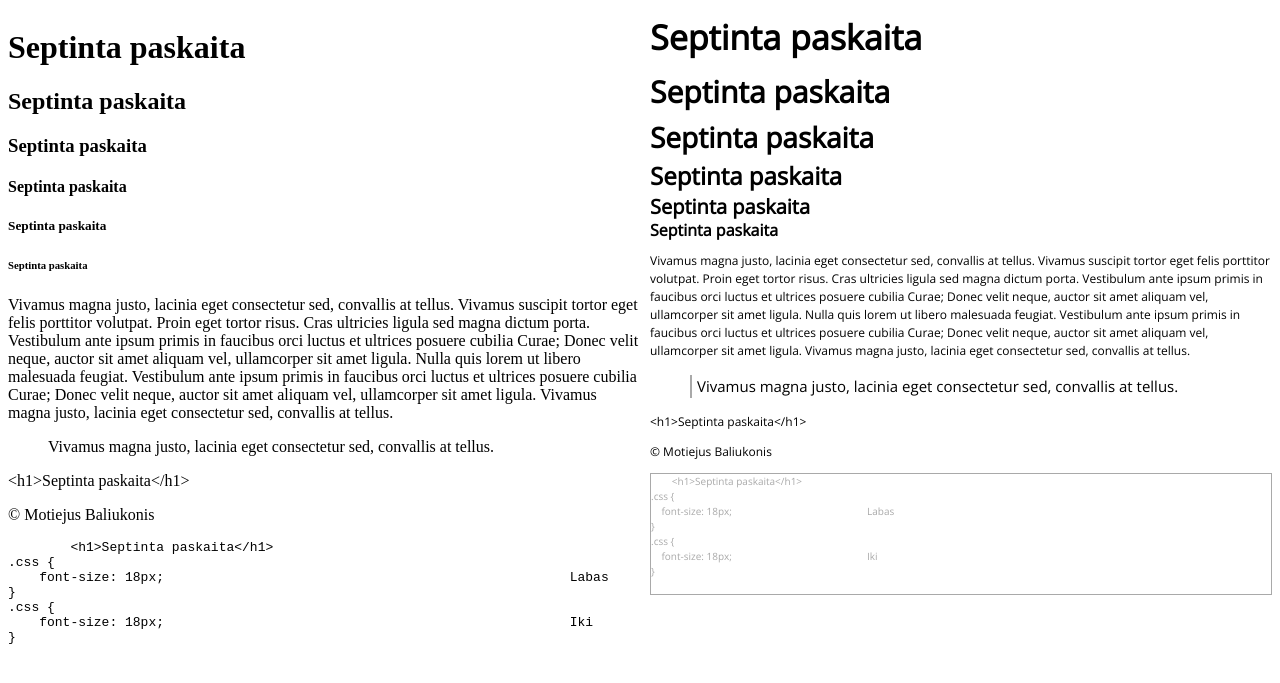
Repository: motiejus1/07-paskaita-05.31
Page: index.html
An editor plug-in stored every save of this project. The page is shown before and after the next save, followed by the edit.
The browser window is 1280 px wide. The pictures show the whole page.

Above is the page before, as saved 2021-06-10 20:45:49.

### index.html
<!DOCTYPE html>
<html lang="en">
<head>
    <meta charset="UTF-8">
    <meta http-equiv="X-UA-Compatible" content="IE=edge">
    <meta name="viewport" content="width=device-width, initial-scale=1.0">
    <title>Septinta paskaita</title>

    <link rel="preconnect" href="https://fonts.gstatic.com">
    <link href="https://fonts.googleapis.com/css2?family=Open+Sans&display=swap" rel="stylesheet">

    <style>
        .container {
            width: 100%;
        }

        .left, .right {
            float:left;
            width: 50%;

        }

        .right {
            font-family: 'Open Sans', sans-serif;
        }

        .right pre {
            font-family: 'Open Sans', sans-serif;
            font-size: 10px;
            line-height: 1.5;
            color:darkgrey;
            border: 1px solid
        }

        .right h1, .right h2, .right h3, .right h4, .right h5, .right h6 {
            margin: 0;
            font-weight: 700;
        }

        .right h1 {
            /* font-family: 'Open Sans', sans-serif; */
            font-size: 34px;
            line-height: 1.75;
        }

        .right h2 {
            font-size: 30px;
            line-height: 1.6;
        }

        .right h3 {
            font-size: 28px;
            line-height: 1.5;
        }

        .right h4 {
            font-size: 24px;
            line-height: 1.5;
        }

        .right h5 {
            font-size: 20px;
            line-height: 1.3;
        }

        .right h6 {
            font-size: 16px;
            line-height: 1.3;
        }

        .right p {
            font-size: 12px;
            line-height: 1.5;
            font-weight: 400;
        }

        .right blockquote {
            font-size: 15px;
            line-height: 1.5;
            font-weight: 400;
            border-left: 2px solid darkgrey;
            padding-left: 5px;
            /* border: 2px solid darkgrey */
        }
        .right-container {
            padding-left: 10px;
        }

    </style>
</head>
<body>
    <div class="container">
        <div class="left">
            <h1>Septinta paskaita</h1>
            <h2>Septinta paskaita</h2>
            <h3>Septinta paskaita</h3>
            <h4>Septinta paskaita</h4>
            <h5>Septinta paskaita</h5>
            <h6>Septinta paskaita</h6>

            <p>Vivamus magna justo, lacinia eget consectetur sed, convallis at tellus. Vivamus suscipit tortor eget felis porttitor volutpat. Proin eget tortor risus. Cras ultricies ligula sed magna dictum porta. Vestibulum ante ipsum primis in faucibus orci luctus et ultrices posuere cubilia Curae; Donec velit neque, auctor sit amet aliquam vel, ullamcorper sit amet ligula. Nulla quis lorem ut libero malesuada feugiat. Vestibulum ante ipsum primis in faucibus orci luctus et ultrices posuere cubilia Curae; Donec velit neque, auctor sit amet aliquam vel, ullamcorper sit amet ligula. Vivamus magna justo, lacinia eget consectetur sed, convallis at tellus.</p>

            <blockquote>Vivamus magna justo, lacinia eget consectetur sed, convallis at tellus.</blockquote>

            <p> &lt;h1&gt;Septinta paskaita&lt;/h1&gt;  </p>
            <p>&copy; Motiejus Baliukonis</p>

            <pre>
        &lt;h1&gt;Septinta paskaita&lt;/h1&gt;
.css {
    font-size: 18px;                                                    Labas
}
.css {
    font-size: 18px;                                                    Iki
}
            </pre>
        </div>
        <div class="right">
            <div class="right-container">
            <h1>Septinta paskaita</h1>
            <h2>Septinta paskaita</h2>
            <h3>Septinta paskaita</h3>
            <h4>Septinta paskaita</h4>
            <h5>Septinta paskaita</h5>
            <h6>Septinta paskaita</h6>

            <p>Vivamus magna justo, lacinia eget consectetur sed, convallis at tellus. Vivamus suscipit tortor eget felis porttitor volutpat. Proin eget tortor risus. Cras ultricies ligula sed magna dictum porta. Vestibulum ante ipsum primis in faucibus orci luctus et ultrices posuere cubilia Curae; Donec velit neque, auctor sit amet aliquam vel, ullamcorper sit amet ligula. Nulla quis lorem ut libero malesuada feugiat. Vestibulum ante ipsum primis in faucibus orci luctus et ultrices posuere cubilia Curae; Donec velit neque, auctor sit amet aliquam vel, ullamcorper sit amet ligula. Vivamus magna justo, lacinia eget consectetur sed, convallis at tellus.</p>

            <blockquote>Vivamus magna justo, lacinia eget consectetur sed, convallis at tellus.</blockquote>

            <p> &lt;h1&gt;Septinta paskaita&lt;/h1&gt;  </p>
            <p>&copy; Motiejus Baliukonis</p>

            <pre>
        &lt;h1&gt;Septinta paskaita&lt;/h1&gt;
.css {
    font-size: 18px;                                                    Labas
}
.css {
    font-size: 18px;                                                    Iki
}
            </pre>
        </div>
        </div>
    </div>
</body>
</html>

After the next save:
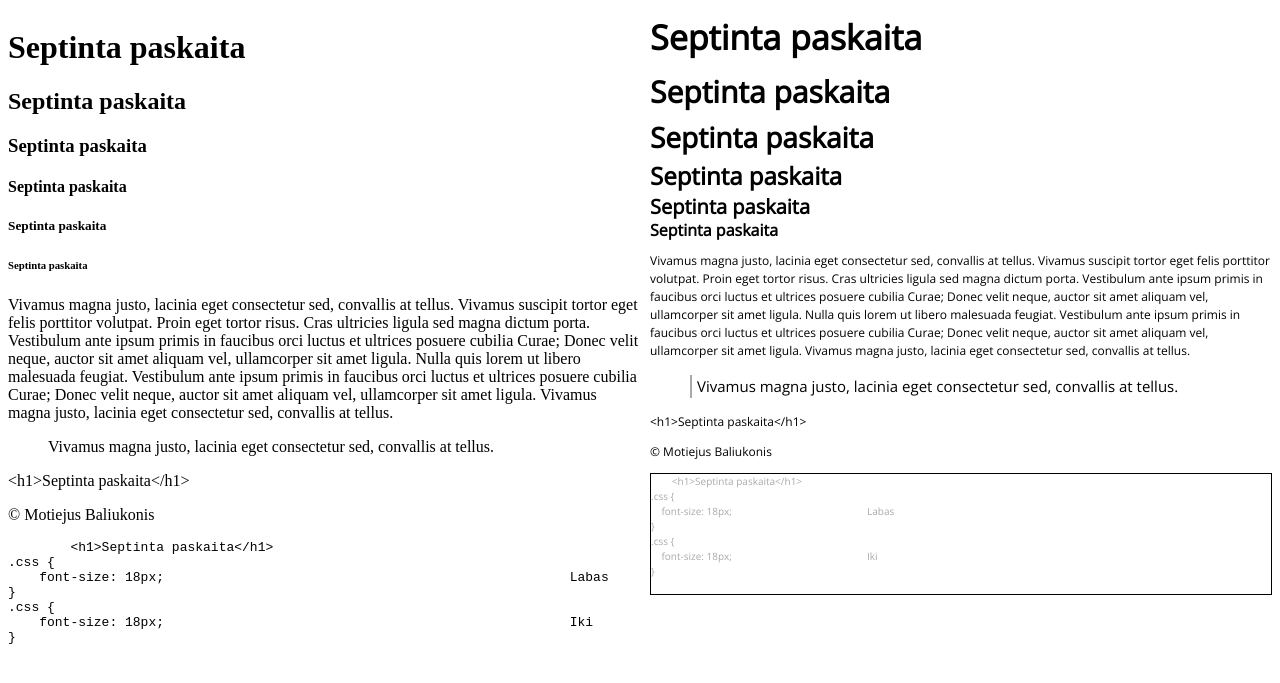
Saved 6 s later.
--- a/index.html
+++ b/index.html
@@ -29,7 +29,7 @@
             font-size: 10px;
             line-height: 1.5;
             color:darkgrey;
-            border: 1px solid
+            border: 1px solid black
         }
 
         .right h1, .right h2, .right h3, .right h4, .right h5, .right h6 {
